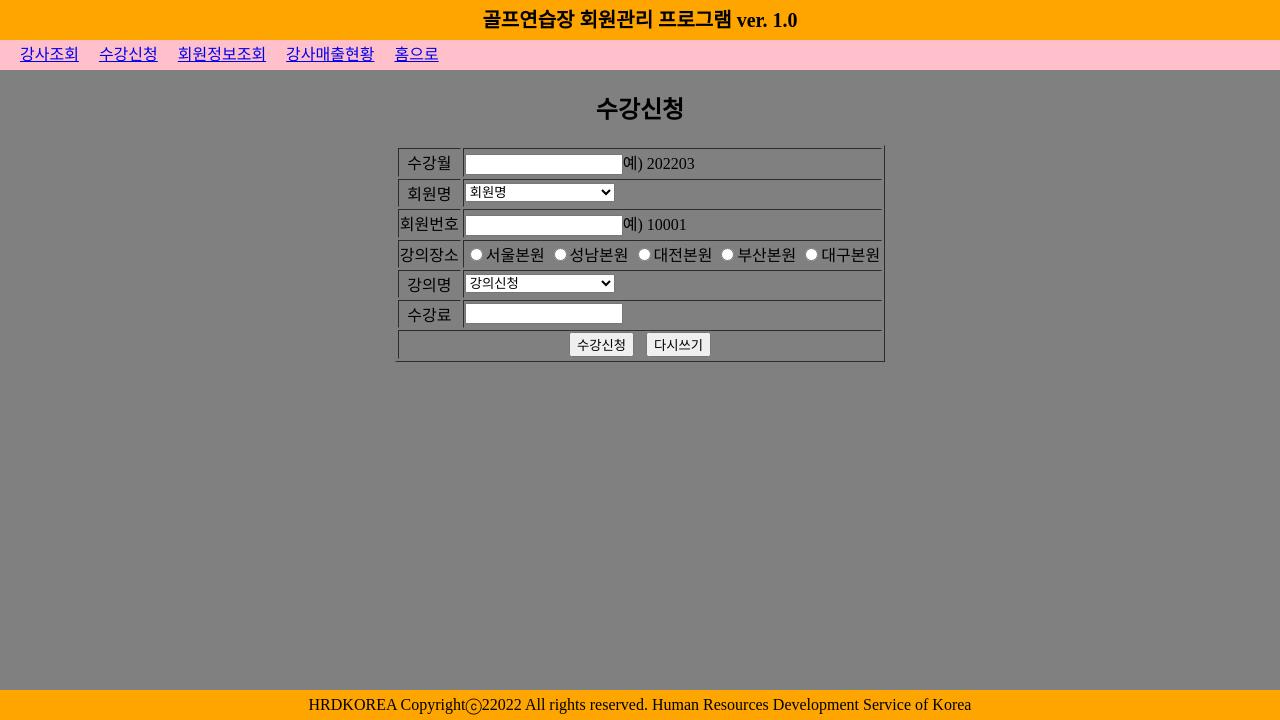
Repository: leesuyeon116/HRD_3
Page: http://localhost/HRD_0505/insert.jsp
An editor plug-in stored every save of this project. The page is shown before and after the next save, followed by the edit.
The browser window is 1280 px wide. The pictures show the whole page.
The page is served by Tomcat 9.

Above is the page before, as saved 2024-05-05 16:43:12.

### workspace/HRD_0505/src/main/webapp/insert.jsp
<%@ page language="java" contentType="text/html; charset=UTF-8"
    pageEncoding="UTF-8"%>
<!DOCTYPE html>
<html>
<head>
<meta charset="UTF-8">
<title>insert</title>
</head>
<body>
<script type="text/javascript" src="check.js"></script>
<jsp:include page="header.jsp"></jsp:include>
<section style="position: fixed; top: 70px; left: 0px; width: 100%; height: 100%; background-color: gray">
<h2 style="text-align: center">수강신청</h2>
	<form name="frm" style="display: flex; align-items: center; justify-content: center">
		<table border="1">
			<tr>
				<td style="text-align: center">수강월</td>
				<td><input type="text" name="regist_month" style="width: 150px">예) 202203</td>
			</tr>

			<tr>
				<td style="text-align: center">회원명</td>
					<td>
						<select name="c_name" style="width: 150px">
							<option value="">회원명</option>
							<option value="1">홍길동</option>
							<option value="2">장발장</option>
							<option value="3">임꺽정</option>
							<option value="4">성춘향</option>
							<option value="5">이몽룡</option>
						</select>
					</td>
			</tr>

			<tr>
				<td style="text-align: center">회원번호</td>
				<td><input type="text" name="c_no" style="width: 150px">예) 10001</td>
			</tr>

			<tr>
				<td style="text-align: center">강의장소</td>
					<td>
						<input type="radio" name="class_area" value="1">서울본원
						<input type="radio" name="class_area" value="2">성남본원
					 	<input type="radio" name="class_area" value="3">대전본원
						<input type="radio" name="class_area" value="4">부산본원
						<input type="radio" name="class_area" value="5">대구본원
					</td>
			</tr>

			<tr>
				<td style="text-align: center">강의명</td>
					<td>
						<select name="class_name" style="width: 150px">
							<option value="">강의신청</option>
							<option value="1">초급반</option>
							<option value="2">중급반</option>
							<option value="3">고급반</option>
							<option value="4">심화반</option>
						</select>
					</td>
			</tr>

			<tr>
				<td style="text-align: center">수강료</td>
				<td><input id="tuition" name="tuition" readonly style="width: 150px"></td>
			</tr>

			<tr>
				<td colspan="2" style="text-align: center">
					<input type="button" value="수강신청" onclick="add()"> &nbsp;
					<input type="button" value="다시쓰기" onclick="res()">
				</td>
			</tr>
		</table>
	</form>

</section>

<jsp:include page="footer.jsp"></jsp:include>
</body>
</html>

### workspace/HRD_0505/src/main/webapp/header.jsp
<%@ page language="java" contentType="text/html; charset=UTF-8"
    pageEncoding="UTF-8"%>
<!DOCTYPE html>
<html>
<head>
<meta charset="UTF-8">
<title>header</title>
</head>
<body>
<header style="position: fixed; top: 0px; left: 0px; width: 100%; height: 40px; line-height: 40px; background-color: orange;
	text-align: center; font-size: 20px">
<b>골프연습장 회원관리 프로그램 ver. 1.0</b>
</header>

<nav style="position: fixed; top: 40px; left: 0px; width: 100%; height: 30px; line-height: 30px; background-color: pink;
	padding-left: 20px">
	<a href="tlist.jsp">강사조회</a> &nbsp; &nbsp;
	<a href="insert.jsp">수강신청</a> &nbsp; &nbsp;
	<a href="mlist.jsp">회원정보조회</a> &nbsp; &nbsp;
	<a href="salary.jsp">강사매출현황</a> &nbsp; &nbsp;
	<a href="index.jsp">홈으로</a> &nbsp; &nbsp;
</nav>
</body>
</html>

### workspace/HRD_0505/src/main/webapp/footer.jsp
<%@ page language="java" contentType="text/html; charset=UTF-8"
    pageEncoding="UTF-8"%>
<!DOCTYPE html>
<html>
<head>
<meta charset="UTF-8">
<title>footer</title>
</head>
<body>
<footer style="position: fixed; bottom: 0px; left: 0px; width: 100%; height: 30px; line-height: 30px; background-color: orange;
	text-align: center">
	HRDKOREA Copyrightⓒ22022 All rights reserved. Human Resources Development Service of Korea
</footer>
</body>
</html>

### workspace/HRD_0505/src/main/webapp/check.js
function add() {
	if (frm.regist_month.value.length == 0) { //단 한 글자도 입력되지 않았다는 뜻
		alert("수강월이 입력되지 않았습니다.");
		frm.regist_month.focus();
		return false;
	}

	else if (frm.c_name.value==0) {
		alert("회원명이 선택되지 않았습니다.");
		frm.c_name.focus();
		return false;
	}

	else if (frm.class_area[0].checked == false &&
		frm.class_area[1].checked == false &&
		frm.class_area[2].checked == false &&
		frm.class_area[3].checked == false &&
		frm.class_area[4].checked == false &&
		frm.class_area[5].checked == false) {
		alert("강의장소가 선택 되지 않았습니다.");
		frm.class_area.focus();
		return false;
	}

	else if (frm.class_name.value==0){
		alert("강의명이 선택되지 않았습니다.");
		frm.class_name.focus();
		return false;
	}

	else
		alert("수강신청이 완료되었습니다.");
		document.frm.submit(); //db로 데이터 보내기
		return true;
}

function res(){
	alert("정보를 지우고 처음부터 다시 입력합니다.");
	document.frm.reset();
}

After the next save:
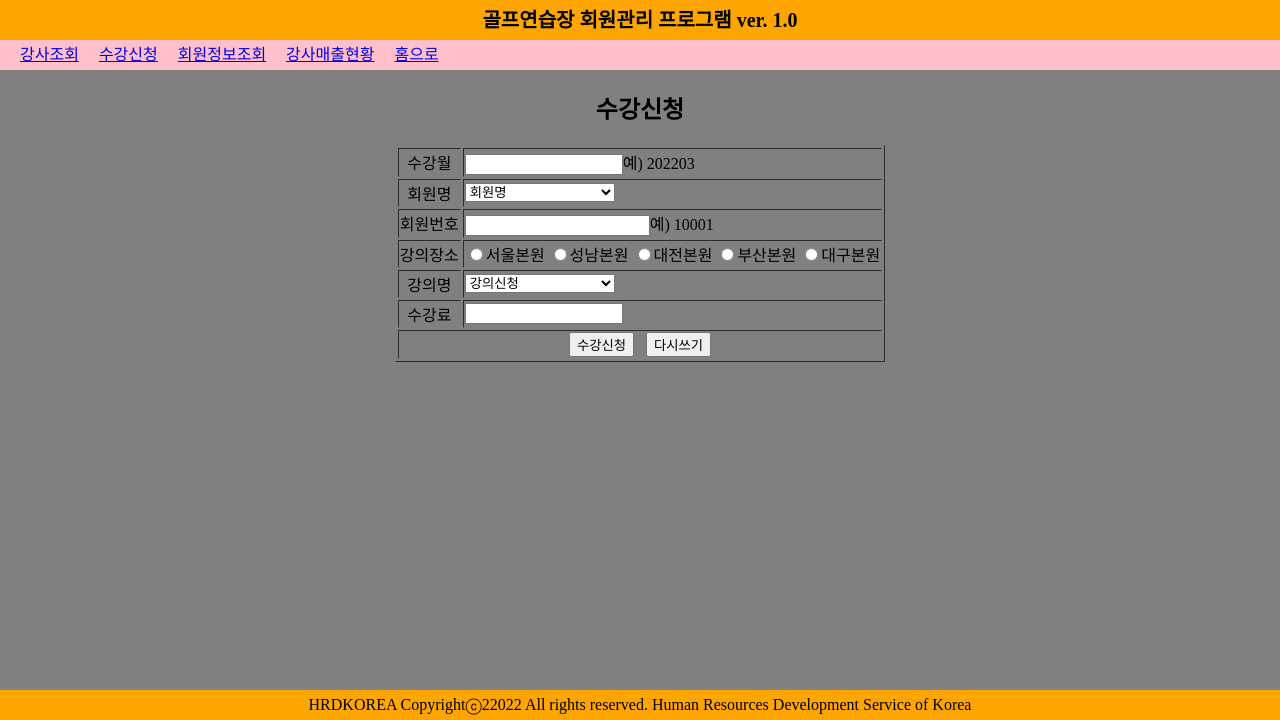
Saved 2 min 34 s later.
--- a/workspace/HRD_0505/src/main/webapp/insert.jsp
+++ b/workspace/HRD_0505/src/main/webapp/insert.jsp
@@ -34,7 +34,7 @@
 
 			<tr>
 				<td style="text-align: center">회원번호</td>
-				<td><input type="text" name="c_no" style="width: 150px">예) 10001</td>
+				<td><input id="c_no" name="c_no" readonly= style="width: 150px">예) 10001</td>
 			</tr>
 
 			<tr>

After the save that followed:
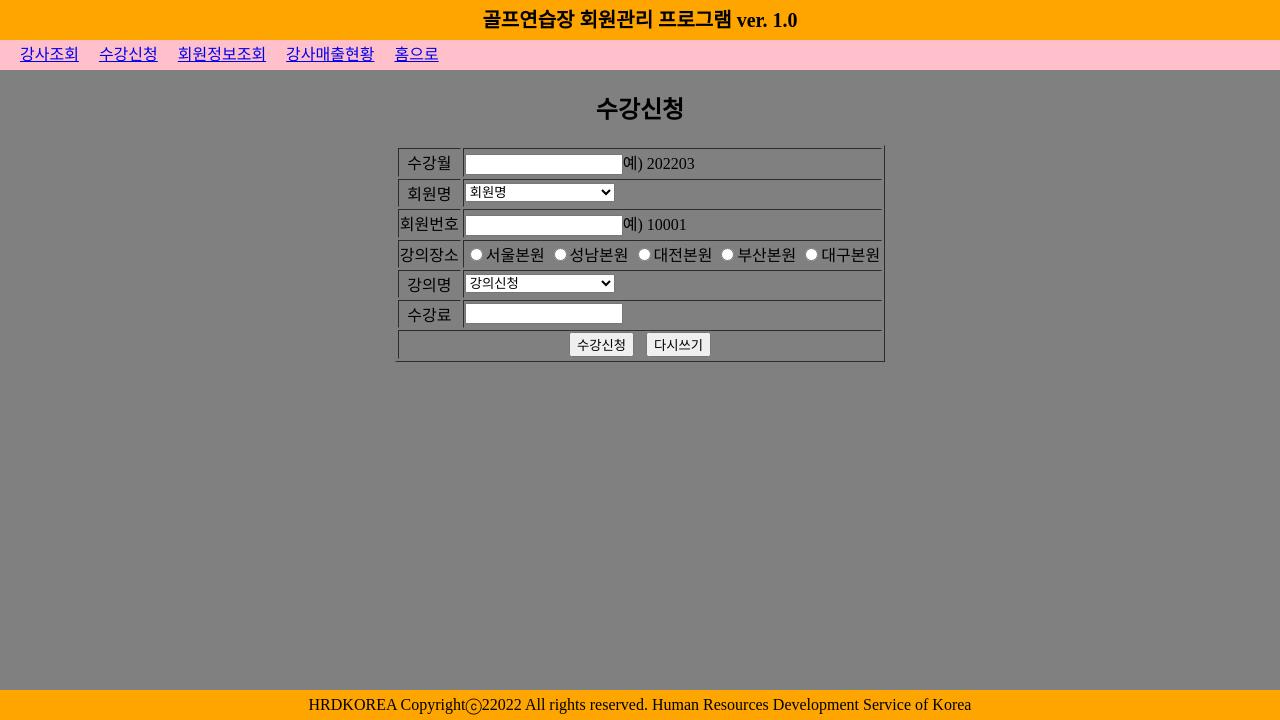
Saved 78 s later.
--- a/workspace/HRD_0505/src/main/webapp/insert.jsp
+++ b/workspace/HRD_0505/src/main/webapp/insert.jsp
@@ -23,18 +23,18 @@
 					<td>
 						<select name="c_name" style="width: 150px">
 							<option value="">회원명</option>
-							<option value="1">홍길동</option>
-							<option value="2">장발장</option>
-							<option value="3">임꺽정</option>
-							<option value="4">성춘향</option>
-							<option value="5">이몽룡</option>
+							<option value="10001">홍길동</option>
+							<option value="10002">장발장</option>
+							<option value="10003">임꺽정</option>
+							<option value="10004">성춘향</option>
+							<option value="10005">이몽룡</option>
 						</select>
 					</td>
 			</tr>
 
 			<tr>
 				<td style="text-align: center">회원번호</td>
-				<td><input id="c_no" name="c_no" readonly= style="width: 150px">예) 10001</td>
+				<td><input id="c_no" name="c_no" readonly style="width: 150px">예) 10001</td>
 			</tr>
 
 			<tr>
@@ -53,10 +53,10 @@
 					<td>
 						<select name="class_name" style="width: 150px">
 							<option value="">강의신청</option>
-							<option value="1">초급반</option>
-							<option value="2">중급반</option>
-							<option value="3">고급반</option>
-							<option value="4">심화반</option>
+							<option value="100000">초급반</option>
+							<option value="200000">중급반</option>
+							<option value="300000">고급반</option>
+							<option value="400000">심화반</option>
 						</select>
 					</td>
 			</tr>
